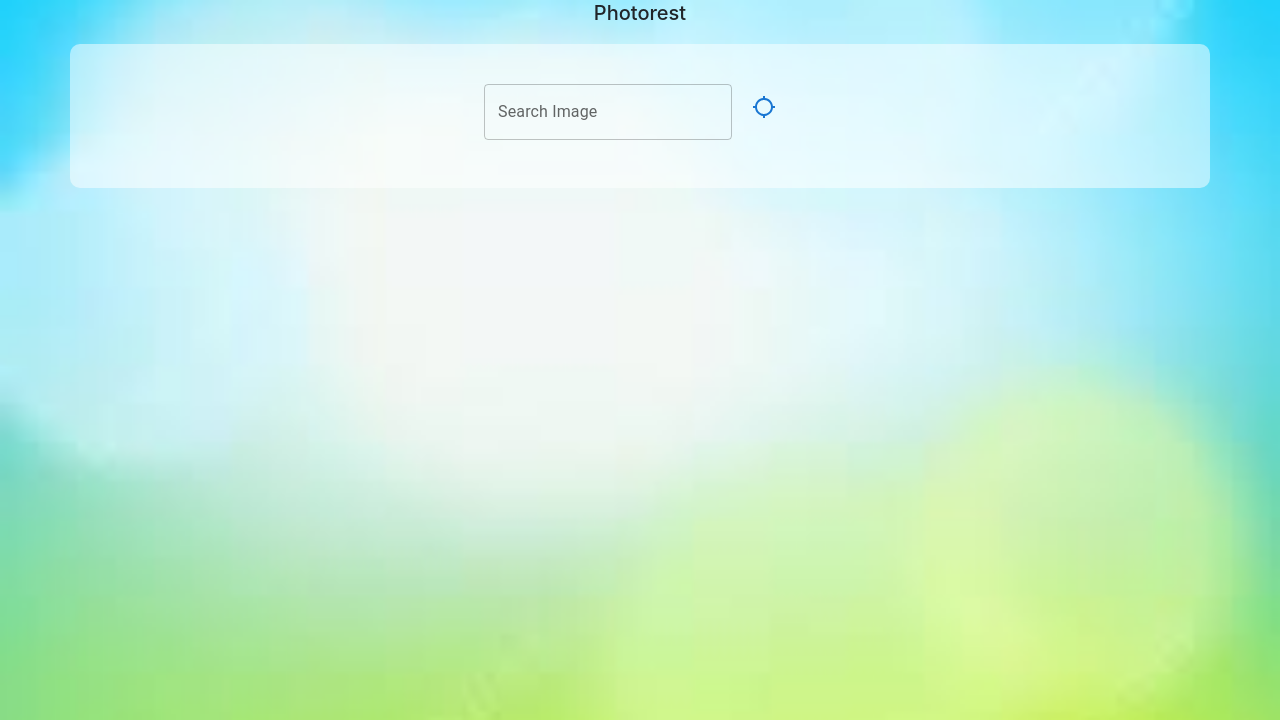
Repository: mohit78911/Snapshot
Page: /
These files come from the project's save history. The page is drawn as it stood at one moment and after the next save; the edit follows.
The browser window is 1280 px wide. The pictures show the whole page.
The project was rebuilt for these pictures with package versions that can differ from the ones it lists, and the page was loaded fresh each time. Also part of the build but not shown: src/snapshot/SnapshotCss.css, src/snapshot/SnapshotTable.js, src/snapshot/SearchBox.css.

Above is the page before, as saved 2023-09-01 15:19:18.

### public/index.html
<!DOCTYPE html>
<html lang="en">
  <head>
    <meta charset="utf-8" />
    <link rel="icon" href="%PUBLIC_URL%/favicon.ico" />
    <link href="https://cdn.jsdelivr.net/npm/bootstrap@5.3.1/dist/css/bootstrap.min.css" rel="stylesheet" integrity="sha384-4bw+/aepP/YC94hEpVNVgiZdgIC5+VKNBQNGCHeKRQN+PtmoHDEXuppvnDJzQIu9" crossorigin="anonymous">
    <meta name="viewport" content="width=device-width, initial-scale=1" />
    <meta name="theme-color" content="#000000" />
    <meta
      name="description"
      content="Web site created using create-react-app"
    />
    <link rel="apple-touch-icon" href="%PUBLIC_URL%/logo192.png" />

    <link rel="manifest" href="%PUBLIC_URL%/manifest.json" />

    <title>React App</title>
  </head>
  <body style="text-align: center;">
    <noscript>You need to enable JavaScript to run this app.</noscript>
    <div id="root"></div>
    <script src="https://cdn.jsdelivr.net/npm/bootstrap@5.3.1/dist/js/bootstrap.bundle.min.js" integrity="sha384-HwwvtgBNo3bZJJLYd8oVXjrBZt8cqVSpeBNS5n7C8IVInixGAoxmnlMuBnhbgrkm" crossorigin="anonymous"></script>
  </body>
</html>

### src/App.js
import { Box } from "@mui/material";
import React from "react";
import SnapShot from "./snapshot/SnapShot";
console.log("hey i am snapshot Component")
export default function App() {
  return (
    <Box>
      <SnapShot />
    </Box>
  );
}

### src/snapshot/SnapShot.js
import React, { useEffect, useState } from "react";
import axios from "axios";
import "../App.css";

import SnapshotTable from "./SnapshotTable";
import SearchBox from "./SearchBox";
import { ToastContainer, toast } from "react-toastify";
import Title from "./Title";
import { Box } from "@mui/material";

export default function SnapShot() {
  const [image, setImage] = useState(""); //string
  const [data, setData] = useState([]); //Array
  const [showData, setShowData] = useState(false); //Boolean

  const getData = (e) => {
    e.preventDefault();
    let trimedImage = image.trim().trimStart().trimEnd();
    if (trimedImage == "") {
      setShowData(false);
      toast.error("Can't Find ");
    } else {
      setShowData(true);
      axios
        .get(
          `https://api.unsplash.com/search/collections?page=1&query=${image}&client_id=-DzO7DyFZFBUXuUjR2Tb8dbbi8Qcg40oNw2kVfqoREI`
        )
        .then((result) => {
          setData(result.data.results[0].preview_photos);
          // console.log(result.data.results[0].preview_photos);
        })
        .catch((error) => console.log(error));
    }
  };

  // useEffect(() => {
  //   getData();
  // }, []);

  console.log(data);
  return (
    <Box>
    <Title/>
    <div className="container">
      <div className="row">
        <div className="col-4 firstColoum">
          <SearchBox setImage={setImage} image={image} getData={getData} />
        </div>
        {showData ? (
          <div className="col secondColoum">
            <SnapshotTable data={data} />
          </div>
        ) : null}
      </div>
      <ToastContainer />
    </div>
    </Box>
  );
}

### src/App.css
.App {
  text-align: center;
}

.App-logo {
  height: 40vmin;
  pointer-events: none;
}

@media (prefers-reduced-motion: no-preference) {
  .App-logo {
    animation: App-logo-spin infinite 20s linear;
  }
}

.App-header {
  background-color: #282c34;
  min-height: 100vh;
  display: flex;
  flex-direction: column;
  align-items: center;
  justify-content: center;
  font-size: calc(10px + 2vmin);
  color: white;
}

.App-link {
  color: #61dafb;
}

@keyframes App-logo-spin {
  from {
    transform: rotate(0deg);
  }

  to {
    transform: rotate(360deg);
  }
}

.firstColoum {
  width: 100%;
  padding-top: 2rem;
  margin-top: 1%;
  border-radius: 10px;
  height: 9rem;
  background: rgb(255, 255, 255, 0.5);

}

.secondColoum {
  width: 100%;
  margin-top: 2rem;
  margin-bottom: 2rem;
  padding-bottom: 1rem;
  border-radius: 10px;
  background: rgb(255, 255, 255, 0.5);
}


body {
  background-image: url('data:[embedded picture, 2875 characters]');
  background-repeat: no-repeat;
  background-position: 100%;
  background-size: cover;
  background-attachment: fixed;

}

### src/snapshot/SearchBox.js
import React from "react";
import { Button, TextField } from "@mui/material";
import "./SearchBox.css";
import LocationSearchingIcon from "@mui/icons-material/LocationSearching";

function SearchBox({ getData, setImage, image }) {
  return (
    <div>
      <div>
        <form onSubmit={getData} className="mt-2">
          <TextField
            sx={{width:"auto"}}
            value={image}
            onChange={(e) => setImage(e.target.value)}
            label="Search Image"
          />
          <Button type="submit" sx={{ marginTop: "5px" }}>
            <LocationSearchingIcon />
          </Button>
        </form>
      </div>
    </div>
  );
}

export default SearchBox;

### src/snapshot/Title.js
import React from 'react'
import "./Title.css"

export default function Title() {
  return (
    <div>
      <h5 className='title'>Photorest</h5>
    </div>
  )
}

### src/snapshot/Title.css
.title{
    margin-top: 1px;
}

Loaded but not shown: src/index.js (common file); src/index.css (common file); src/reportWebVitals.js (common file)

After the next save:
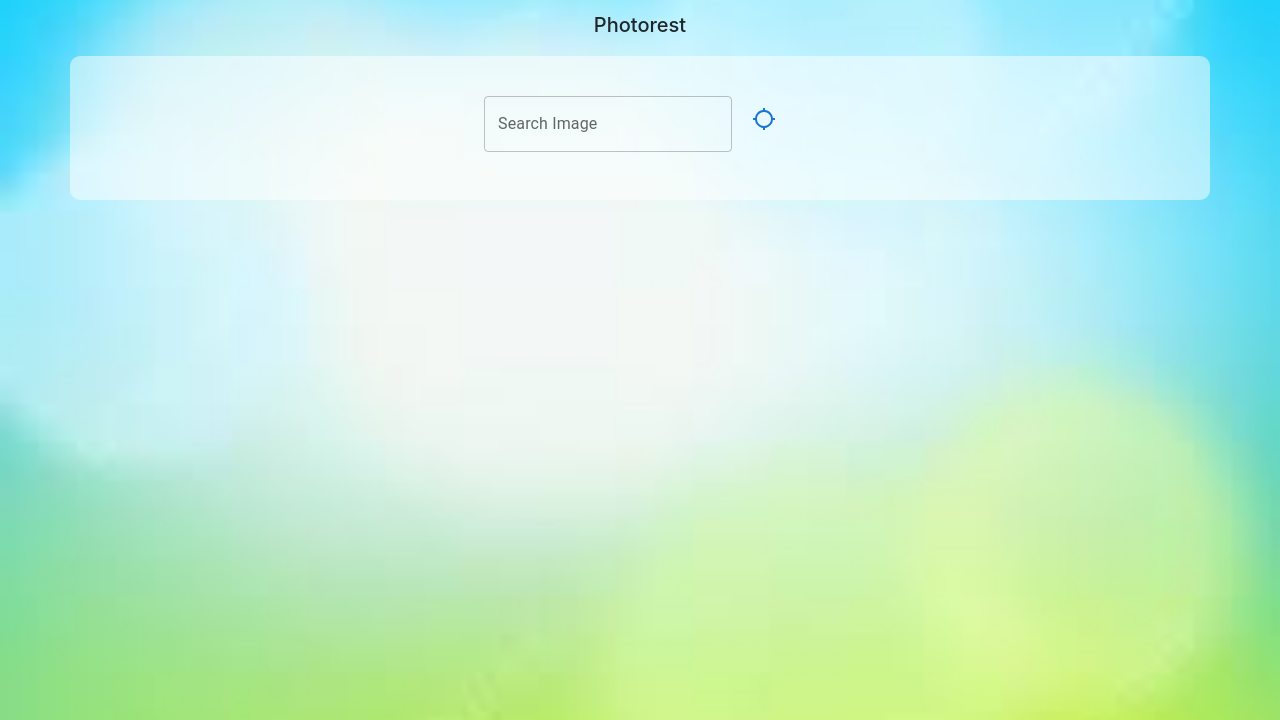
Saved 8 s later.
--- a/src/snapshot/Title.css
+++ b/src/snapshot/Title.css
@@ -1,3 +1,3 @@
 .title{
-    margin-top: 1px;
+    margin-top: 1%;
 }

After the 5 saves that followed:
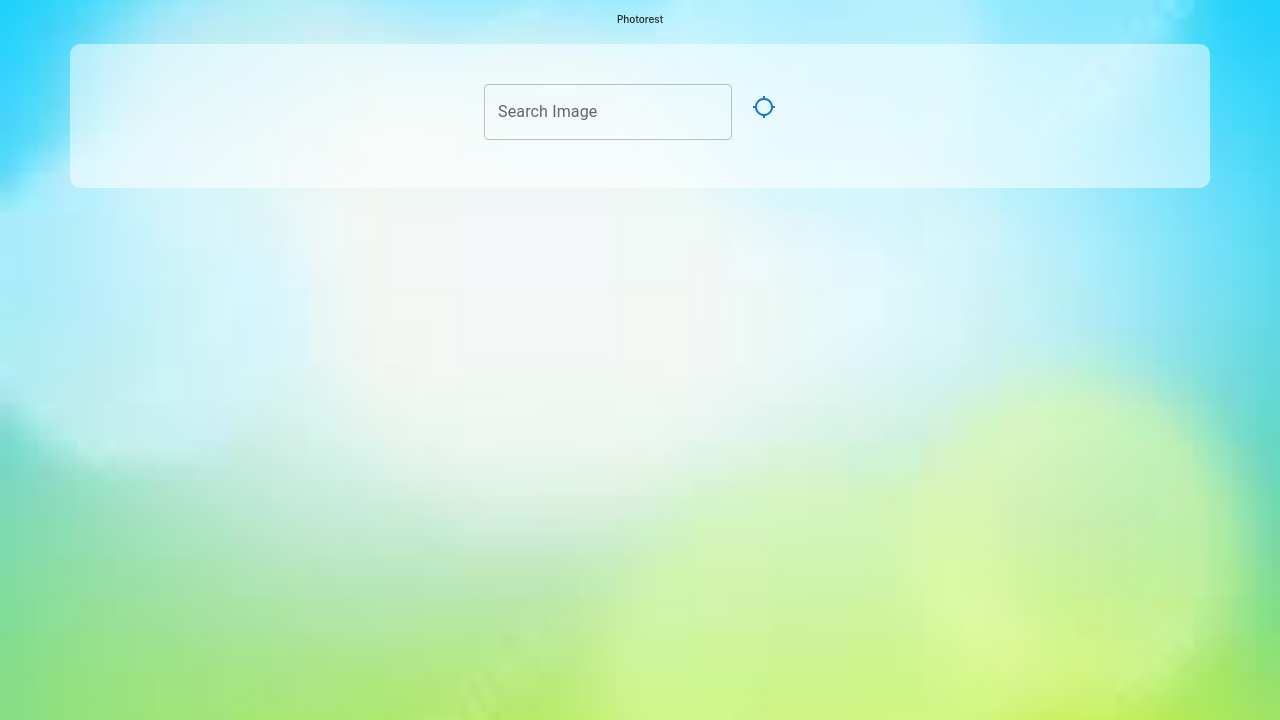
The 5 saves are shown as one change because 1 left the picture as it was and some came seconds apart.
The last was saved 22 s later.
--- a/src/snapshot/Title.css
+++ b/src/snapshot/Title.css
@@ -1,3 +1,4 @@
 .title{
     margin-top: 1%;
+    font-size: 10px;
 }
